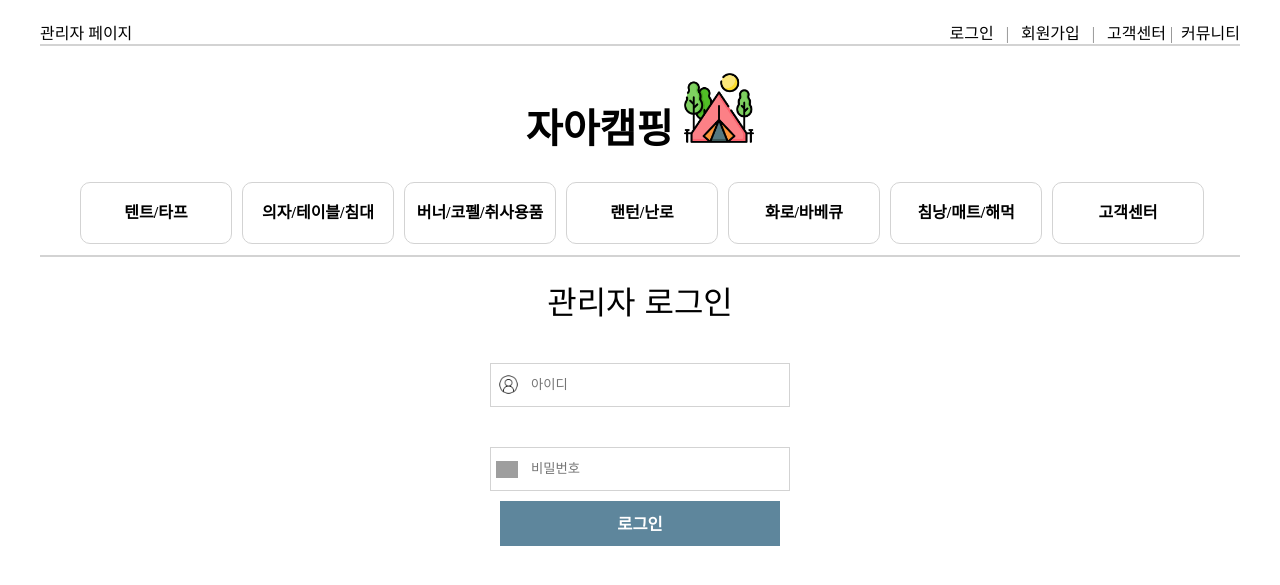
Repository: JJang-Ah/JSP-shoping-mall-project
Page: http://localhost/JaAhCamping/manager/logon/managerLoginForm.jsp
The author's editor kept a copy of each file at every save. The page is drawn from the files as they stood at one save, then again after the next save.
The browser window is 1280 px wide. The pictures show the whole page.
Pictures or frames that could not be fetched are drawn as grey boxes. Some web fonts or font styles are not loaded; a fallback is used. The page is served by Tomcat 9.

Above is the page before, as saved 2022-06-06 11:16:57.

After the next save:
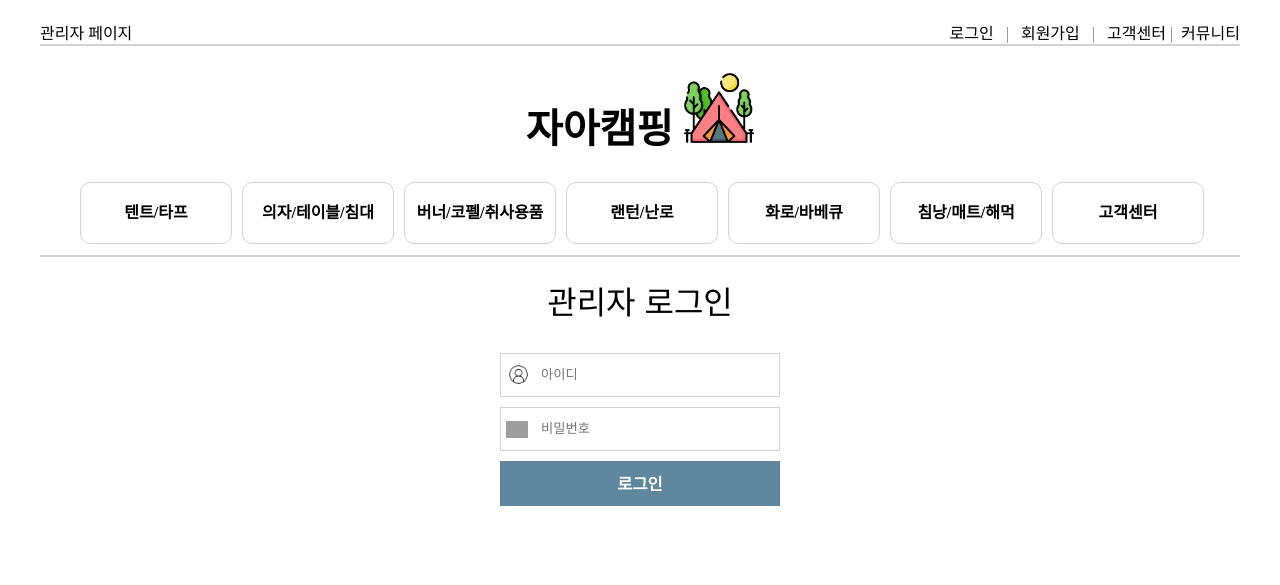
Saved 6 s later.
--- a/JaAhCamping/WebContent/manager/logon/managerLoginForm.jsp
+++ b/JaAhCamping/WebContent/manager/logon/managerLoginForm.jsp
@@ -15,7 +15,7 @@ a { text-decoration: none; color: black;}
 
 /* 중단 - 로그인 박스 */
 .a_box { width: 300px; margin: 0 auto;}
-.b_box { border: 1px solid lightgray; padding: 5px; margin-top: 40px;}
+.b_box { border: 1px solid lightgray; padding: 5px; margin: 10px;}
 .b_box input[type='text'], .b_box input[type='password'] { height: 30px; padding-left: 35px; border: none;}
 .b_box input[type='text']:focus, .b_box input[type='password']:focus { outline: none;}
 .b_box input[type='text'] { background: url('../../icons/login_id.png') no-repeat; background-size: 25px; background-position: left center;}
